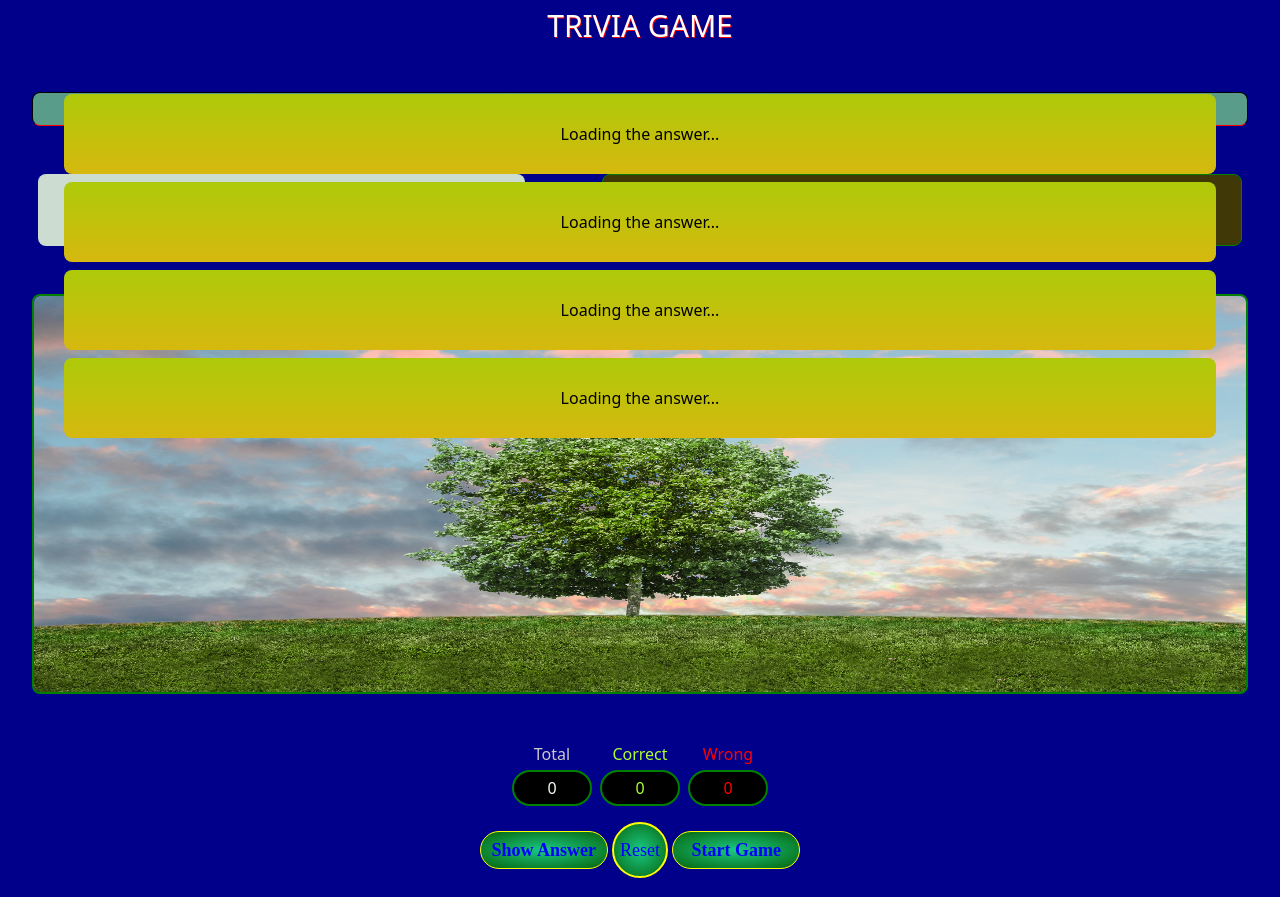
Repository: ShindanoSingi/bembe-trivia
Page: index.html
An editor plug-in stored every save of this project. The page is shown before and after the next save, followed by the edit.
The browser window is 1280 px wide. The pictures show the whole page.
Some web libraries are served in a nearby version.

Above is the page before, as saved 2022-09-08 01:02:32.

After the next save:
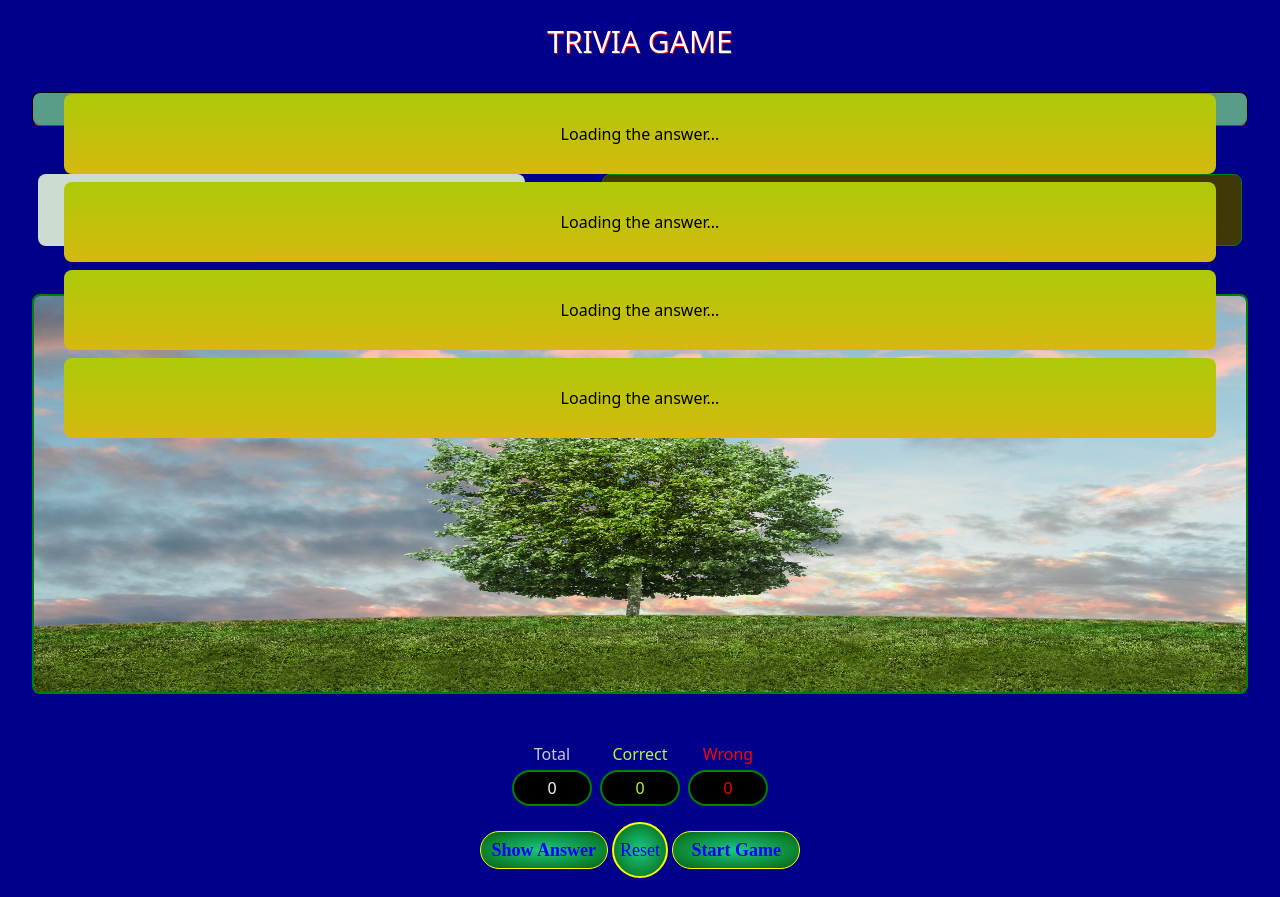
Saved 22 s later.
--- a/index.html
+++ b/index.html
@@ -12,7 +12,7 @@
 
     <body class="">
         <div class="containerBox max-h-[100vh] my-2 flex flex-col gap-[3rem]">
-            <h1 class="text-center text-3xl" >TRIVIA GAME</h1>
+            <h1 class="text-center text-3xl relative top-4" >TRIVIA GAME</h1>
             <div class="questionBox text-center w-[95vw] px-2 h-[6.5rem] p-1 mx-auto rounded-lg">
                 Please select one of question difficulties, then click on start the game button.
             </div>
